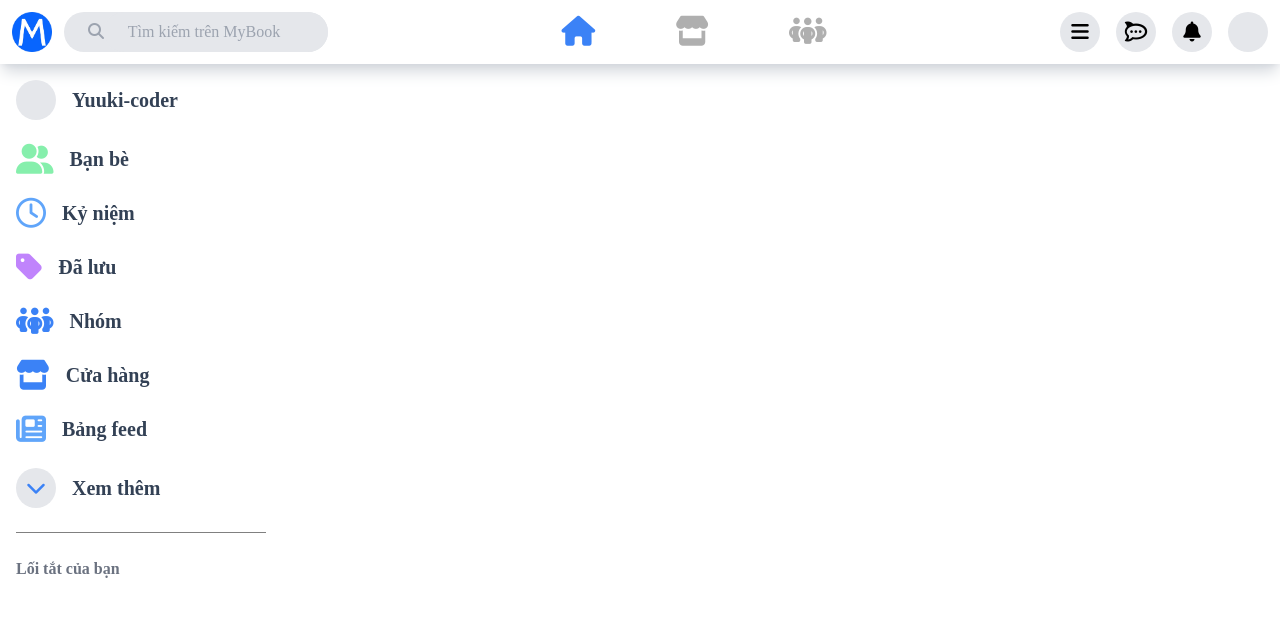
Repository: Yuukicoder/MyBook
Page: / (app in mybook/)
The author's editor kept a copy of each file at every save. The page is drawn from the files as they stood at one save, then again after the next save.
The browser window is 1280 px wide. The pictures show the whole page.
The project was rebuilt for these pictures with package versions that can differ from the ones it lists, and the page was loaded fresh each time.

Above is the page before, as saved 2023-12-13 19:22:58.

After the next save:
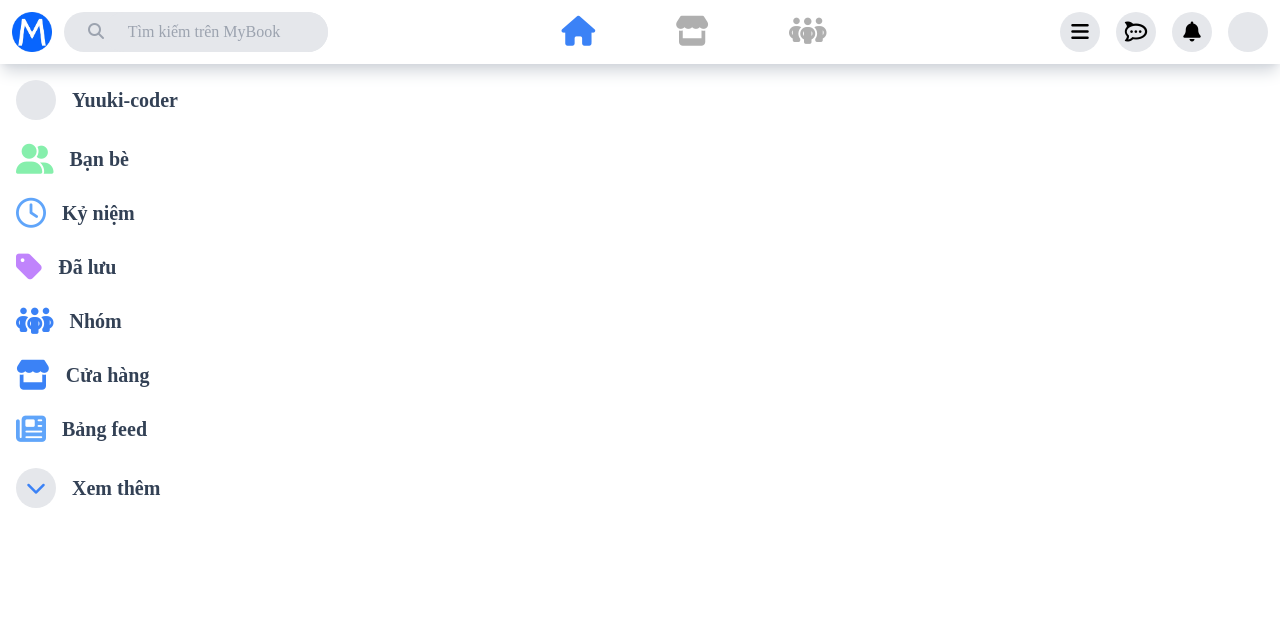
Saved 17 s later.
--- a/mybook/src/Option.js
+++ b/mybook/src/Option.js
@@ -49,8 +49,8 @@
         <p  id="Collapse"class="font-semibold text-xl text-slate-700"  onclick={ButtonCollapse}>Xem thêm</p>
 
     </div>
-    <div class="line"></div>
-    <p class="text-base font-semibold text-gray-500">Lối tắt của bạn</p>
+    {/* <div class="line"></div>
+    <p class="text-base font-semibold text-gray-500">Lối tắt của bạn</p> */}
     </div>
 )
 export default Option

After the save that followed:
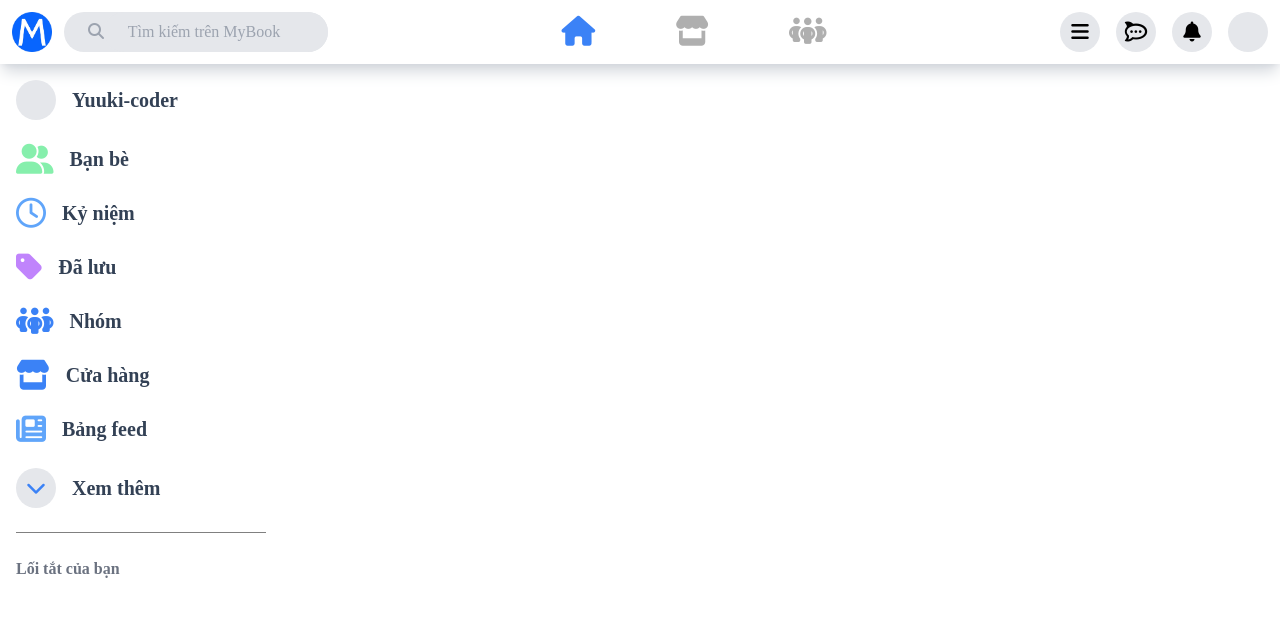
Saved 4 s later.
--- a/mybook/src/Option.js
+++ b/mybook/src/Option.js
@@ -49,8 +49,8 @@
         <p  id="Collapse"class="font-semibold text-xl text-slate-700"  onclick={ButtonCollapse}>Xem thêm</p>
 
     </div>
-    {/* <div class="line"></div>
-    <p class="text-base font-semibold text-gray-500">Lối tắt của bạn</p> */}
+    <div class="line"></div>
+    <p class="text-base font-semibold text-gray-500">Lối tắt của bạn</p>
     </div>
 )
 export default Option
